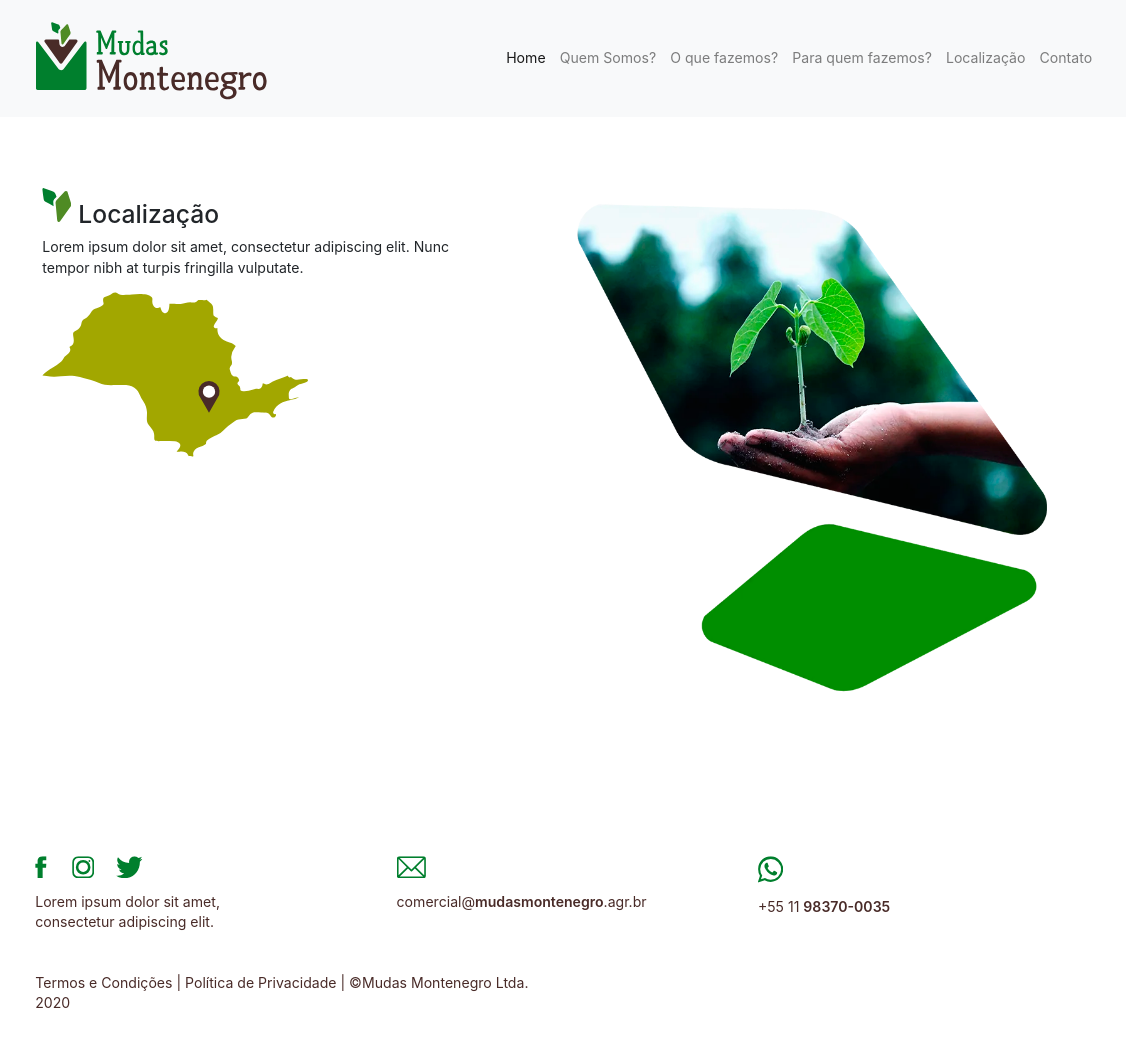
Repository: MaKnok/mudas-montenegro
Page: localizacao.html
These files come from the project's save history. The page is drawn as it stood at one moment and after the next save; the edit follows.
The browser window is 1280 px wide. The pictures show the whole page, at 88% of full size.
Some web libraries are served in a nearby version.

Above is the page before, as saved 2021-06-16 11:48:51.

After the next save:
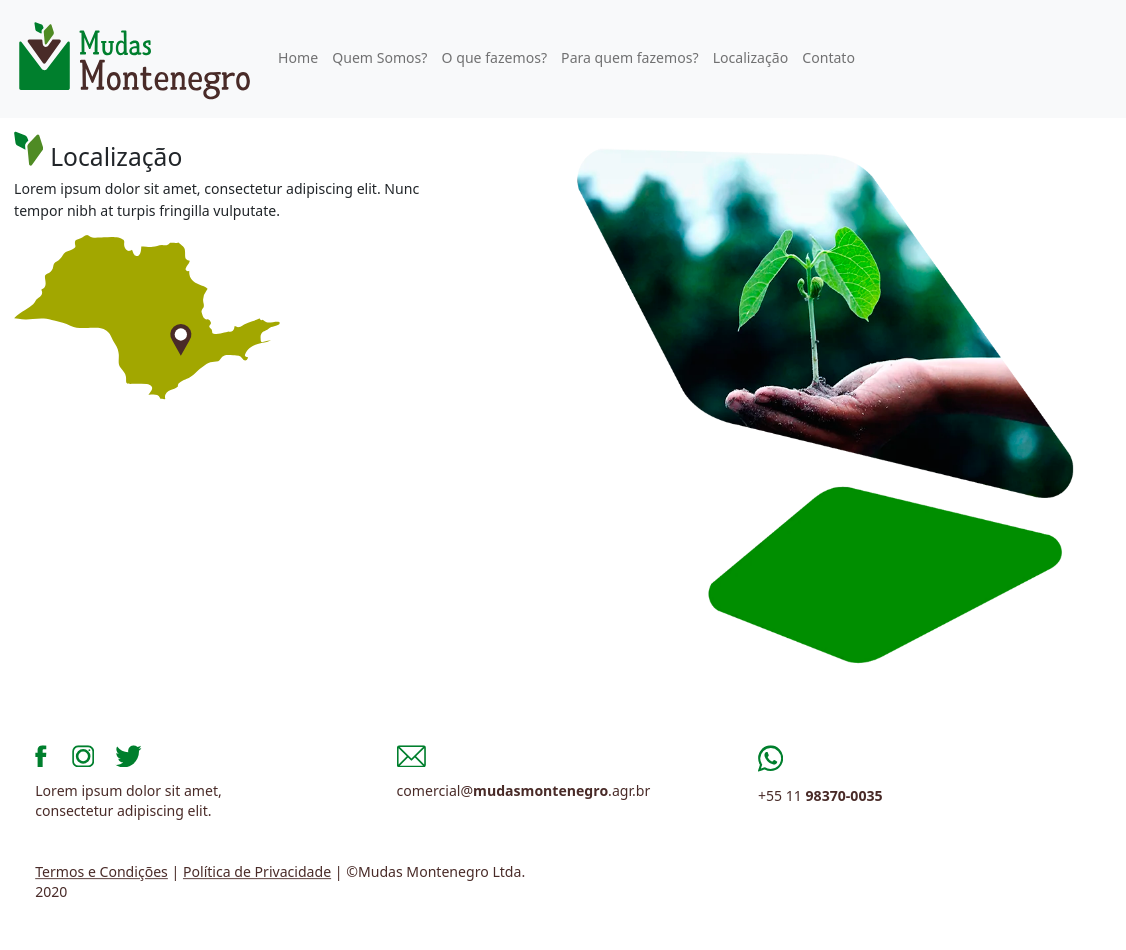
Saved 26 s later.
--- a/localizacao.html
+++ b/localizacao.html
@@ -1,19 +1,18 @@
 <!DOCTYPE html>
 <html lang="pt-br">
+
 <head>
 
-	<meta charset="utf-8">
-	<meta name="viewport" content="width=device-width, initial-scale=1">
-	<link rel="icon" type="image/png" href="img/icons/favicon.png"/>
-	<title>Mudas Montenegro</title>
-	<link rel="stylesheet" href="https://maxcdn.bootstrapcdn.com/bootstrap/4.0.0/css/bootstrap.min.css">
-	<script src="https://ajax.googleapis.com/ajax/libs/jquery/3.3.1/jquery.min.js"></script>
-	<script src="https://cdnjs.cloudflare.com/ajax/libs/popper.js/1.12.9/umd/popper.min.js"></script>
-	<script src="https://maxcdn.bootstrapcdn.com/bootstrap/4.0.0/js/bootstrap.min.js"></script>
-	<script src="https://use.fontawesome.com/releases/v5.0.8/js/all.js"></script>
-	<link href="style.css" rel="stylesheet">
+    <meta charset="utf-8">
+    <meta name="viewport" content="width=device-width, initial-scale=1">
+    <link rel="icon" type="image/png" href="img/icons/favicon.png"/>
+    <title>Mudas Montenegro</title>
+    <link href="https://cdn.jsdelivr.net/npm/bootstrap@5.0.1/dist/css/bootstrap.min.css" rel="stylesheet" integrity="sha384-+0n0xVW2eSR5OomGNYDnhzAbDsOXxcvSN1TPprVMTNDbiYZCxYbOOl7+AMvyTG2x" crossorigin="anonymous">
+    <script src="https://use.fontawesome.com/releases/v5.0.8/js/all.js"></script>
+    <link href="style.css" rel="stylesheet">
 
 </head>
+
 <body>
 
 <!-- Navigation -->
@@ -127,5 +126,7 @@
 
 </footer>
 
+<script src="https://cdn.jsdelivr.net/npm/bootstrap@5.0.1/dist/js/bootstrap.bundle.min.js" integrity="sha384-gtEjrD/SeCtmISkJkNUaaKMoLD0//ElJ19smozuHV6z3Iehds+3Ulb9Bn9Plx0x4" crossorigin="anonymous"></script>
+
 </body>
 </html>
